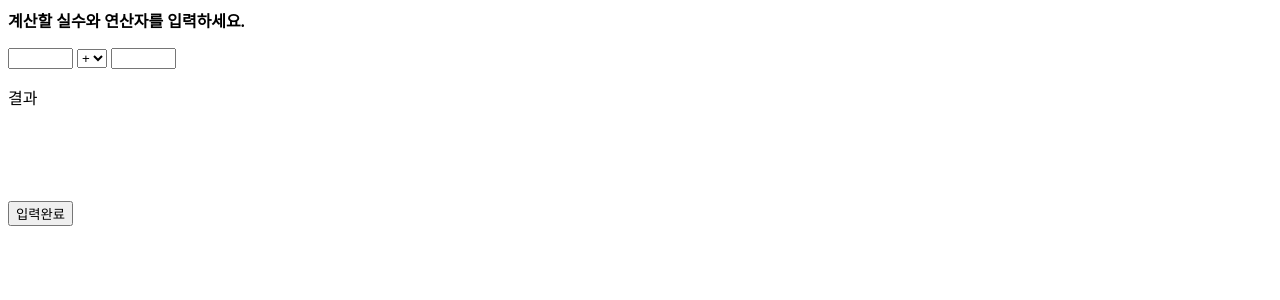
Repository: suhyun6363/JSP
Page: http://localhost/SecondProject/calFormHome.jsp
These files come from the project's save history. The page is drawn as it stood at one moment and after the next save; the edit follows.
The browser window is 1280 px wide. The pictures show the whole page.
The page is served by Tomcat 9.

Above is the page before, as saved 2023-04-29 20:22:03.

### SecondProject/WebContent/calFormHome.jsp
<%@ page language="java" contentType="text/html; charset=UTF-8"
    pageEncoding="UTF-8"%>
<!DOCTYPE html>
<html>
<head>
<meta name="viewport" content="width=device-width,initial-scale=1.0"/>
<meta charset="UTF-8">
<title>계산기</title>
<style type="text/css">
  div#result {
    width : 100px;
    height : 100px;
  }
</style>

<script src="js/jquery-3.6.4.min.js"></script>
<script>
$(document).ready(function() {
	  $("#b1").click(function() {
		  $.ajax({
			   type: "post",
			   url: "calProHome.jsp",
			   data: {num1:$("#t1").val(), operator:$("#operator option:selected").val(), num2:$("#t2").val()},
			   success: function(data) {
				 $("#result").html(data);
			   },
			   error: function() {
				 alert("로드실패");
			   }
	  	  });
	  });
});
</script>
</head>
<body>
<b>계산할 실수와 연산자를 입력하세요.</b><p>
<input type="text" id="t1" size=5>
<select id="operator" name="operator">
		       <option selected value="+">+ </option>
		       <option value="-">- </option>
		       <option value="*">* </option>
		       <option value="/">/ </option>
</select>
<input type="text" id="t2" size=5><p>
<div id="result">결과</div><p>
<button id="b1">입력완료</button>
</body>
</html>

Loaded but not shown: SecondProject/WebContent/js/jquery-3.6.4.min.js (library)

After the next save:
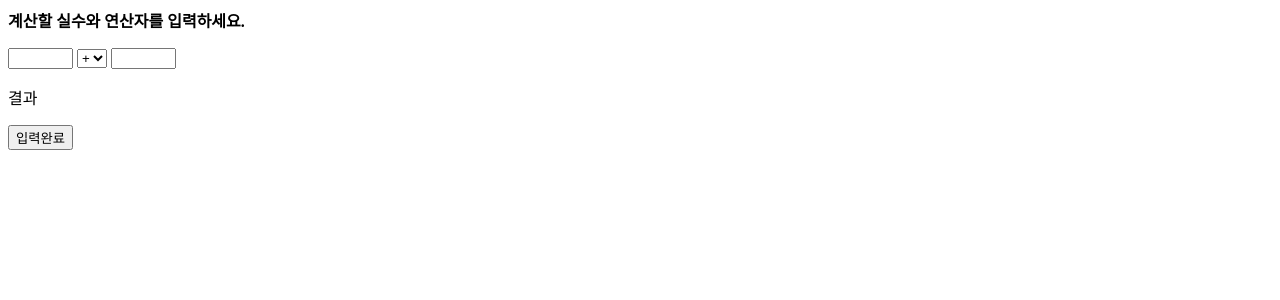
Saved 7 min 26 s later.
--- a/SecondProject/WebContent/calFormHome.jsp
+++ b/SecondProject/WebContent/calFormHome.jsp
@@ -10,6 +10,7 @@
   div#result {
     width : 100px;
     height : 100px;
+    vertical-align : center;
   }
 </style>
 
@@ -42,7 +43,7 @@ $(document).ready(function() {
 		       <option value="/">/ </option>
 </select>
 <input type="text" id="t2" size=5><p>
-<div id="result">결과</div><p>
+<div id="table">결과</div><p>
 <button id="b1">입력완료</button>
 </body>
 </html>
